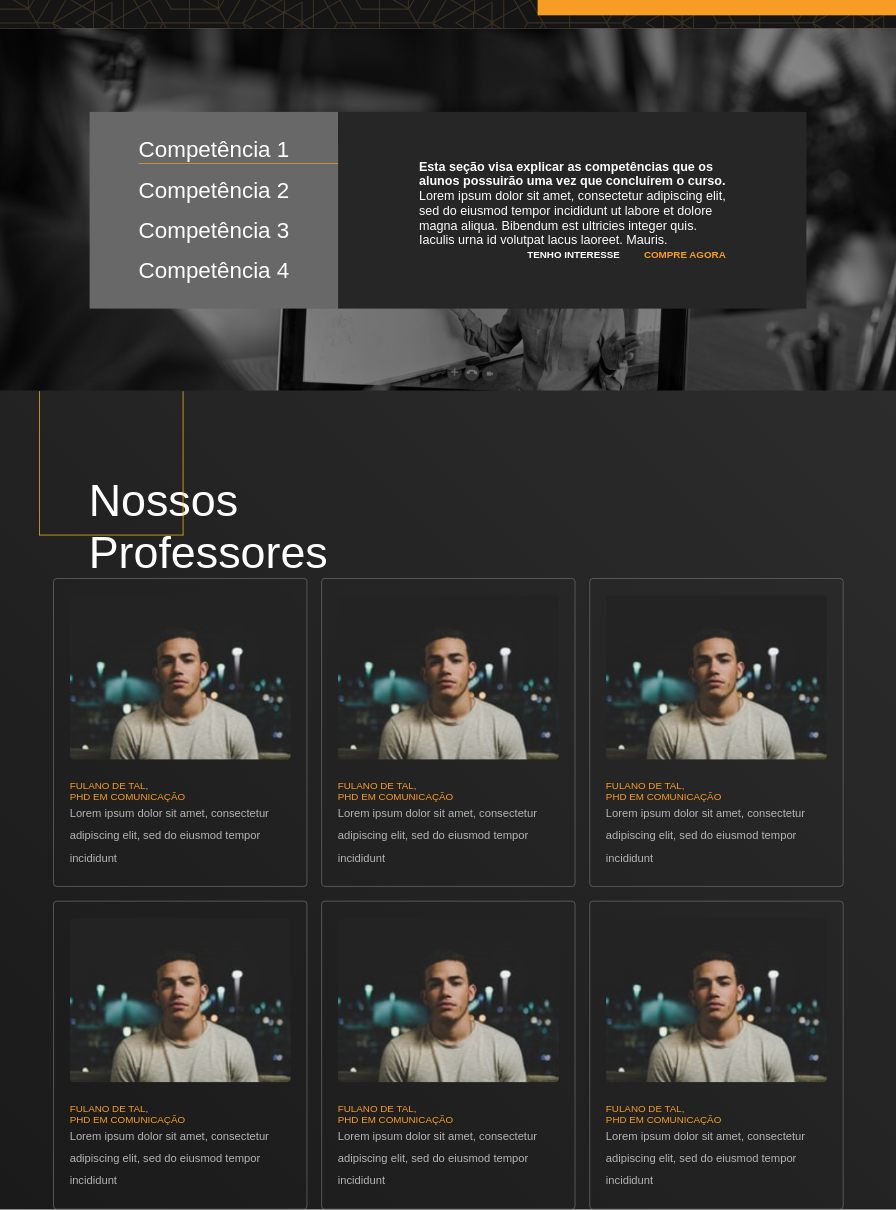
Repository: Rafael-Araujo-dev/Treinamento-Raccoon
Page: Projeto-2/index.html
The author's editor kept a copy of each file at every save. The page is drawn from the files as they stood at one save, then again after the next save.
The browser window is 1280 px wide. The pictures show the part of the page from y = 1797 to 3717 px (the page is 3525 px tall before and 3717 px after), at 70% of full size.
Backgrounds fixed to the window are drawn as part of the page. Some web fonts or font styles are not loaded; a fallback is used.

Above is the page before, as saved 2021-09-23 16:41:06.

### Projeto-2/index.html
<!DOCTYPE html>
<html>
    <head>
        <title></title>
        <meta charset="utf-8"/>
        <meta name="viewport" content="width=device-width,initial-scale=1.0,maximum-scale=1.0">
        <link rel="preconnect" href="https://fonts.googleapis.com">
        <link rel="preconnect" href="https://fonts.gstatic.com" crossorigin>
        <link href="https://fonts.googleapis.com/css2?family=Yantramanav:wght@300;400;700&display=swap" rel="stylesheet">
        <link rel="stylesheet" href="https://use.fontawesome.com/releases/v5.15.4/css/all.css" integrity="sha384-DyZ88mC6Up2uqS4h/KRgHuoeGwBcD4Ng9SiP4dIRy0EXTlnuz47vAwmeGwVChigm" crossorigin="anonymous">
        <link rel="stylesheet" href="css/style.css"/>
    </head>
    <body>
        <section class="hero-section">
            <div class="hero-header">
                <img class="logo" src="images/LOGOSYNAPSE_simbolo_laranja.png"/>
            </div>
            <div class="hero-container">
                <div class="hero-title">
                    Lorem ipsum dolor sit amet,<br>
                    consectetur adipiscing elit
                </div>
                <div class="hero-text">
                    Lorem ipsum dolor sit amet, consectetur adipiscing elit, sed do eiusmod tempor incididunt ut labore et dolore
                </div>
            </div>
            <div class="hero-btn-group">
                <button class="btn secondary">
                    Tenho interesse
                </button>
                <button class="btn primary">
                    Comprar agora
                </button>
            </div>
        </section>

        <section class="course-summary">
            <div class="container">
                <div class="col m">
                    <span class="rectangule"></span>
                    <span class="title">
                        Sem<br>clientes?
                    </span>
                    <div class="text">
                        <strong>Esta seção visa explicar resumidamente o curso.</strong>
                        <br>
                        Lorem ipsum dolor sit amet, consectetur adipiscing elit, sed do eiusmod tempor incididunt ut labore et dolore magna aliqua. Bibendum est ultricies integer quis. Iaculis urna id volutpat lacus laoreet. Mauris vitae ultricies leo integer malesuada. Ac odio tempor
                    </div>
                    <div class="btn-group">
                        <button class="btn secondary">
                            Tenho interesse
                        </button>
                        <button class="btn primary">
                            Comprar agora
                        </button>
                    </div>
                </div>
                <div class="col l">
                    <div class="card-container">
                        <div class="card-item">
                            <div class="container">
                                <div class="card-image">
                                    <img src="./images/Oratória Digital Logo-1.png"/>
                                </div>
                                <div class="card-description">
                                    <div class="card-title">
                                        Objetivo
                                    </div>
                                    <div class="card-text">
                                        Lorem ipsum dolor sit amet, consectetur adipiscing elit, sed do eiusmod tempor incididunt
                                    </div>
                                </div>
                            </div>
                        </div>
                        <div class="card-item">
                            <div class="container">
                                <div class="card-image">
                                    <img src="./images/Oratória Digital Logo-1.png"/>
                                </div>
                                <div class="card-description">
                                    <div class="card-title">
                                        Competências
                                    </div>
                                    <div class="card-text">
                                        Lorem ipsum dolor sit amet, consectetur adipiscing elit, sed do eiusmod tempor incididunt
                                    </div>
                                </div>
                            </div>
                        </div>
                        <div class="card-item">
                            <div class="container">
                                <div class="card-image">
                                    <img src="./images/Oratória Digital Logo-1.png"/>
                                </div>
                                <div class="card-description">
                                    <div class="card-title">
                                        Metodologia
                                    </div>
                                    <div class="card-text">
                                        Lorem ipsum dolor sit amet, consectetur adipiscing elit, sed do eiusmod tempor incididunt
                                    </div>
                                </div>
                            </div>
                        </div>
                        <div class="card-item">
                            <div class="container">
                                <div class="card-image">
                                    <img src="./images/Oratória Digital Logo-1.png"/>
                                </div>
                                <div class="card-description">
                                    <div class="card-title">
                                        Professores
                                    </div>
                                    <div class="card-text">
                                        Lorem ipsum dolor sit amet, consectetur adipiscing elit, sed do eiusmod tempor incididunt
                                    </div>
                                </div>
                            </div>
                        </div>
                    </div>
                </div>
                <center>
                    <div class="btn-group mobile">
                        <button class="btn secondary">
                            Tenho interesse
                        </button>
                        <button class="btn primary">
                            Comprar agora
                        </button>
                    </div>
                </center>
            </div>
        </section>

        <section class="take-course">
            <div class="container">
                <div class="text">
                    Chegou a sua hora de brilhar <br>lorem ipsum dolor sit amet
                </div>
                <div class="card">
                    <div class="text">
                        R$ 5.000,00
                    </div>
                    <button class="btn white">
                        Fazer o curso
                    </button>
                </div>
            </div>
        </section>

        <section class="course-skills">
            <div class="container desktop">
                <div class="menu">
                    <ul class="items">
                       <li class="item active">
                           Competência 1
                           <div class="bar active"></div>
                       </li>
                       <li class="item">
                        Competência 2
                        <div class="bar disabled"></div>
                        </li>
                        <li class="item">
                            Competência 3
                            <div class="bar disabled"></div>
                        </li>
                        <li class="item">
                            Competência 4
                            <div class="bar disabled"></div>
                        </li>
                    </ul>
                </div>
                <div class="description">
                    <div class="text">
                        <strong>Esta seção visa explicar as competências que os alunos possuirão uma vez que concluírem o curso.</strong> Lorem ipsum dolor sit amet, consectetur adipiscing elit, sed do eiusmod tempor incididunt ut labore et dolore magna aliqua. Bibendum est ultricies integer quis. Iaculis urna id volutpat lacus laoreet. Mauris.
                    </div>
                    <div class="btn-group">
                        <button class="btn primary">
                            Tenho interesse
                        </button>
                        <button class="btn secondary">
                            Compre agora
                        </button>
                    </div>
                </div>
            </div>
            <div class="container-mobile">
                <div class="title">
                    <!-- <span class="rectangule"></span> -->
                    O que você <br> Aprenderá
                </div>
                <div class="accordion">
                    <input id="competencia-1" type="checkbox" class="accordion-toggle" checked/>
                    <label for="competencia-1">
                        Competência 1
                    </label>
                    <section>
                        <p>
                            Lorem ipsum dolor sit amet, consectetur adipiscing elit, sed do eiusmod tempor incididunt ut labore et dolore magna aliqua. Bibendum est ultricies integer quis. Iaculis urna id volutpat lacus laoreet.
                        </p>
                    </section>
                </div>
                <div class="accordion">
                    <input id="competencia-2" type="checkbox" class="accordion-toggle"/>
                    <label for="competencia-2">
                        Competência 2
                    </label>
                    <section>
                        <p>
                            Lorem ipsum dolor sit amet, consectetur adipiscing elit, sed do eiusmod tempor incididunt ut labore et dolore magna aliqua. Bibendum est ultricies integer quis. Iaculis urna id volutpat lacus laoreet.
                        </p>
                    </section>
                </div>
                <div class="accordion">
                    <input id="competencia-3" type="checkbox" class="accordion-toggle"/>
                    <label for="competencia-3">
                        Competência 3
                    </label>
                    <section>
                        <p>
                            Lorem ipsum dolor sit amet, consectetur adipiscing elit, sed do eiusmod tempor incididunt ut labore et dolore magna aliqua. Bibendum est ultricies integer quis. Iaculis urna id volutpat lacus laoreet.
                        </p>
                    </section>
                </div>
                <div class="accordion">
                    <input id="competencia-4" type="checkbox" class="accordion-toggle"/>
                    <label for="competencia-4">
                        Competência 4
                    </label>
                    <section>
                        <p>
                            Lorem ipsum dolor sit amet, consectetur adipiscing elit, sed do eiusmod tempor incididunt ut labore et dolore magna aliqua. Bibendum est ultricies integer quis. Iaculis urna id volutpat lacus laoreet.
                        </p>
                    </section>
                </div>
                <div class="btn-group">
                    <button class="btn secondary">
                        Tenho interesse
                    </button>
                    <button class="btn primary">
                        Compre agora
                    </button>
                </div>
            </div>
        </section>

        <section class="our-teachers">
            <div class="container">
                <div class="header">
                    <span class="rectangule"></span>
                    <span class="title">
                        Nossos<br>Professores
                    </span>
                </div>

            <div class="card-container">
                <div class="card-item">
                    <div class="container">
                        <div class="card-image">
                            <img src="./images/Retângulo 27-1.png"/>
                        </div>
                        <div class="card-description">
                            <div class="card-title">
                                FULANO DE TAL,
                                <br>phd em comunicação
                            </div>
                            <div class="card-text">
                                Lorem ipsum dolor sit amet, consectetur adipiscing elit, sed do eiusmod tempor incididunt
                            </div>
                        </div>
                    </div>
                </div>
                <div class="card-item">
                    <div class="container">
                        <div class="card-image">
                            <img src="./images/Retângulo 27-1.png"/>
                        </div>
                        <div class="card-description">
                            <div class="card-title">
                                FULANO DE TAL,
                                <br>phd em comunicação
                            </div>
                            <div class="card-text">
                                Lorem ipsum dolor sit amet, consectetur adipiscing elit, sed do eiusmod tempor incididunt
                            </div>
                        </div>
                    </div>
                </div>
                <div class="card-item">
                    <div class="container">
                        <div class="card-image">
                            <img src="./images/Retângulo 27-1.png"/>
                        </div>
                        <div class="card-description">
                            <div class="card-title">
                                FULANO DE TAL,
                                <br>phd em comunicação
                            </div>
                            <div class="card-text">
                                Lorem ipsum dolor sit amet, consectetur adipiscing elit, sed do eiusmod tempor incididunt
                            </div>
                        </div>
                    </div>
                </div>
                <div class="card-item">
                    <div class="container">
                        <div class="card-image">
                            <img src="./images/Retângulo 27-1.png"/>
                        </div>
                        <div class="card-description">
                            <div class="card-title">
                                FULANO DE TAL,
                                <br>phd em comunicação
                            </div>
                            <div class="card-text">
                                Lorem ipsum dolor sit amet, consectetur adipiscing elit, sed do eiusmod tempor incididunt
                            </div>
                        </div>
                    </div>
                </div>
                <div class="card-item">
                    <div class="container">
                        <div class="card-image">
                            <img src="./images/Retângulo 27-1.png"/>
                        </div>
                        <div class="card-description">
                            <div class="card-title">
                                FULANO DE TAL,
                                <br>phd em comunicação
                            </div>
                            <div class="card-text">
                                Lorem ipsum dolor sit amet, consectetur adipiscing elit, sed do eiusmod tempor incididunt
                            </div>
                        </div>
                    </div>
                </div>
                <div class="card-item">
                    <div class="container">
                        <div class="card-image">
                            <img src="./images/Retângulo 27-1.png"/>
                        </div>
                        <div class="card-description">
                            <div class="card-title">
                                FULANO DE TAL,
                                <br>phd em comunicação
                            </div>
                            <div class="card-text">
                                Lorem ipsum dolor sit amet, consectetur adipiscing elit, sed do eiusmod tempor incididunt
                            </div>
                        </div>
                    </div>
                </div>
            </div>
        </div>
        </section>

    </body>
</html>

Loaded but not shown: Projeto-2/css/style.css (768 lines, source omitted)

After the next save:
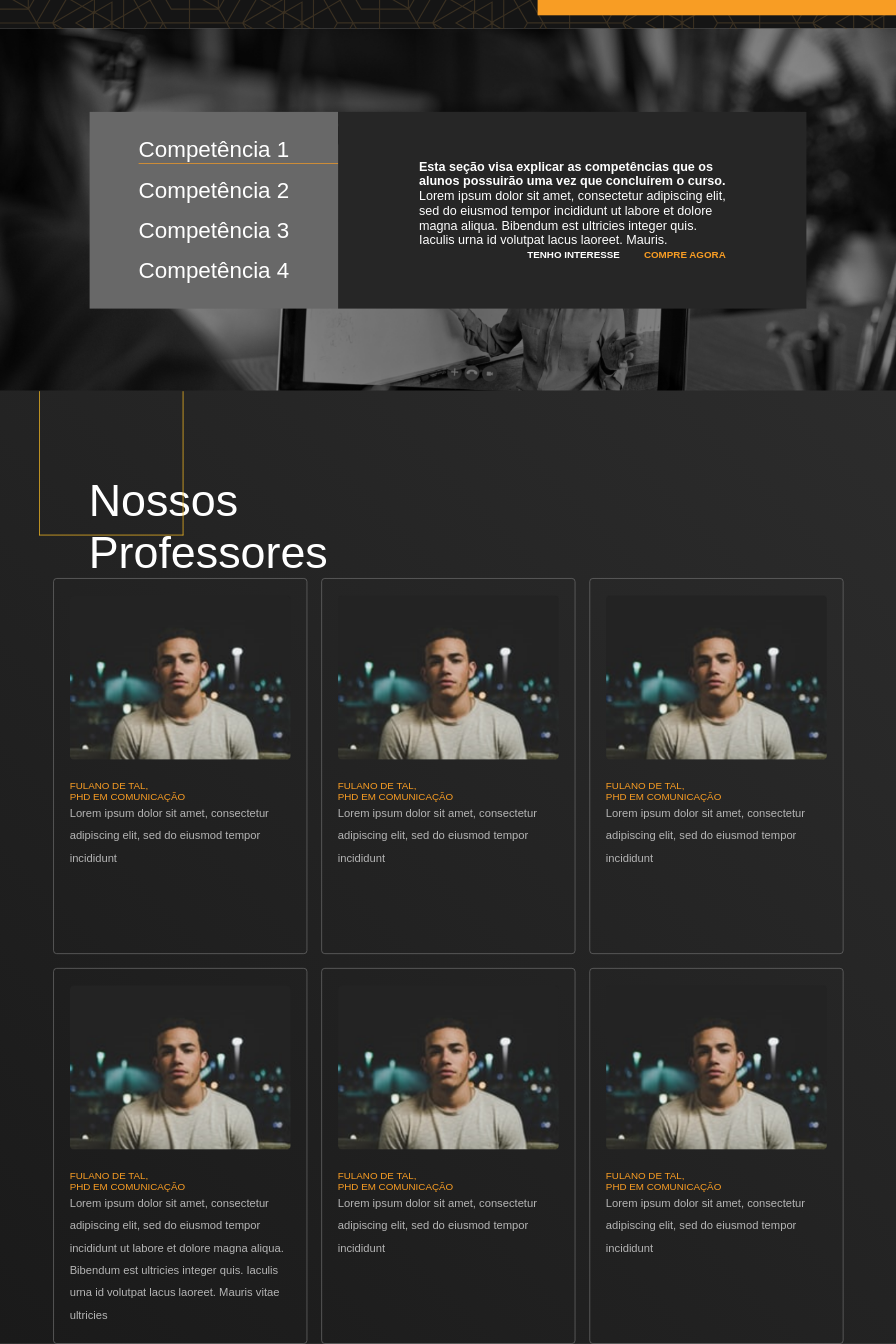
Saved 14 s later.
--- a/Projeto-2/index.html
+++ b/Projeto-2/index.html
@@ -313,7 +313,7 @@
                                 <br>phd em comunicação
                             </div>
                             <div class="card-text">
-                                Lorem ipsum dolor sit amet, consectetur adipiscing elit, sed do eiusmod tempor incididunt
+                                Lorem ipsum dolor sit amet, consectetur adipiscing elit, sed do eiusmod tempor incididunt ut labore et dolore magna aliqua. Bibendum est ultricies integer quis. Iaculis urna id volutpat lacus laoreet. Mauris vitae ultricies
                             </div>
                         </div>
                     </div>
